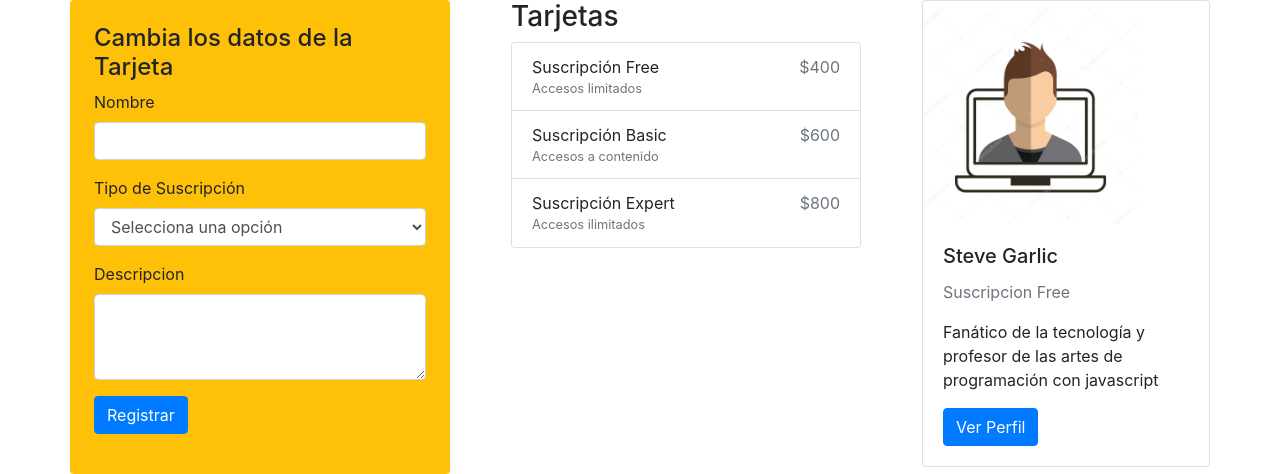
Repository: pedro-donoso/manipulacion-dom
Page: index.html
The author's editor kept a copy of each file at every save. The page is drawn from the files as they stood at one save, then again after the next save.
The browser window is 1280 px wide. The pictures show the part of the page from y = 602 to 1076 px (the page is 1076 px tall before and 1069 px after).

Above is the page before, as saved 2024-02-06 14:38:22.

### index.html
<!doctype html>
<html lang="es">

<head>
    <!-- Required meta tags -->
    <meta charset="utf-8">
    <meta name="viewport" content="width=device-width, initial-scale=1, shrink-to-fit=no">

    <!-- Bootstrap CSS -->
    <link rel="stylesheet" href="https://cdn.jsdelivr.net/npm/bootstrap@4.3.1/dist/css/bootstrap.min.css"
        integrity="sha384-ggOyR0iXCbMQv3Xipma34MD+dH/1fQ784/j6cY/iJTQUOhcWr7x9JvoRxT2MZw1T" crossorigin="anonymous">

    <title>Manipulación del DOM</title>
</head>

<body>

    <main class="container">

        <!-- 1- AGREGO CLASE container PARA MANIPULAR ESTE PÁRRAFO -->
        <div class="row mt-5 text-center justify-content-between" id="contenedor">
            <div class="col-4 col-md-4">
                <h2>Manipulación del DOM</h2>
                <p class="text-center">
                    El DOM es una API definida para representar e interactuar con cualquier documento HTML.
                    El DOM es un modelo de documento que se carga en el navegador web y que representa el documento como
                    un árbol de
                    nodos, en donde cada nodo representa una parte del documento (puede tratarse de un elemento, una
                    cadena de texto o un comentario)
                </p>
            </div>
        </div>
        <div class="row justify-content-between">
            <div class="col-4 col-md-4 bg-warning rounded p-4">
                <h4>Cambia los datos de la Tarjeta</h4>
                <!-- 15- AGREGO id PARA ESCUCHAR EVENTO CLICK -->
                <form id="formulario">
                    <!-- 21- AGREGO ID DE CADA CAMPO -->
                    <label>Nombre</label>
                    <input type="text" class="form-control mb-3" id="nombre">
                    <label>Tipo de Suscripción</label>
                    <select id="suscripcion" class="form-control mb-3">
                        <option disabled selected>Selecciona una opción</option>
                        <option value="Suscripción Free">Suscripción Free</option>
                        <option value="Suscripción Basic">Suscripcion Basic</option>
                        <option value="Suscripción Expert">Suscripcion Expert</option>
                    </select>
                    <label>Descripcion</label>
                    <textarea rows="3" class="form-control mb-3" id="descripcion"></textarea>
                    <div>
                        <button class="btn btn-primary mb-3">Registrar</button>
                    </div>
                </form>
            </div>
            <div class="col-4 col-md-4">
                <h3>Tarjetas</h3>
                <div class="card">
                    <ul class="list-group list-group-flush">
                        <li class="list-group-item d-flex justify-content-between">
                            <div class="d-flex flex-column">
                                <span>Suscripción Free</span>
                                <small class="text-muted">Accesos limitados</small>
                            </div>
                            <div>
                                <span class="text-muted">$400</span>
                            </div>
                        </li>
                        <li class="list-group-item d-flex justify-content-between">
                            <div class="d-flex flex-column">
                                <span>Suscripción Basic</span>
                                <small class="text-muted">Accesos a contenido</small>
                            </div>
                            <div>
                                <span class="text-muted">$600</span>
                            </div>
                        </li>
                        <li class="list-group-item d-flex justify-content-between">
                            <div class="d-flex flex-column">
                                <span>Suscripción Expert</span>
                                <small class="text-muted">Accesos ilimitados</small>
                            </div>
                            <div>
                                <span class="text-muted">$800</span>
                            </div>
                        </li>
                    </ul>
                </div>
            </div>

            <!-- 8- AGREGO CARD -->
            <!-- 13- AGREGO ID PARA CAPTURAR CONTENEDOR -->
            <div class="row" id="contenedor_tarjeta">

            </div>

        </div>

    </main>

    <!-- Optional JavaScript -->
    <!-- jQuery first, then Popper.js, then Bootstrap JS -->
    <script src="https://code.jquery.com/jquery-3.3.1.slim.min.js"
        integrity="sha384-q8i/X+965DzO0rT7abK41JStQIAqVgRVzpbzo5smXKp4YfRvH+8abtTE1Pi6jizo"
        crossorigin="anonymous"></script>
    <script src="https://cdn.jsdelivr.net/npm/popper.js@1.14.7/dist/umd/popper.min.js"
        integrity="sha384-UO2eT0CpHqdSJQ6hJty5KVphtPhzWj9WO1clHTMGa3JDZwrnQq4sF86dIHNDz0W1"
        crossorigin="anonymous"></script>
    <script src="https://cdn.jsdelivr.net/npm/bootstrap@4.3.1/dist/js/bootstrap.min.js"
        integrity="sha384-JjSmVgyd0p3pXB1rRibZUAYoIIy6OrQ6VrjIEaFf/nJGzIxFDsf4x0xIM+B07jRM"
        crossorigin="anonymous"></script>

    <script src="./app.js"></script>
</body>

</html>

### app.js
// 2- CREO VARIABLE PARA MANIPULAR HTML
let contenedor = document.querySelector("#contenedor");

// 3- CREAR ELEMENTO SUBTITULO Y LE AGREGO PROPIEDADES
let subtitulo = document.createElement("h4");
subtitulo.innerText = "Árbol de nodos \n (enviado desde JavaScript)";

// 4- OBTENER EL CUERPO DEL DOCUMENTO
let body = document.body;

// 5- AGREGAR EL NUEVO ELEMENTO AL CUERPO DEL DOCUMENTO
body.appendChild(subtitulo);

// 6- AGREGO IMAGEN
let imagen = document.createElement("img");
imagen.src =
  "https://www.freecodecamp.org/news/content/images/2021/09/Document.jpg";
imagen.width = "450";
imagen.height = "300";
imagen.alt = "árbol de nodos";

// 7- AGREGO ELEMENTOS AL CONTENEDOR
contenedor.append(subtitulo, imagen);

// 13- AGREGO CONSTRUCTOR
const autor = {
  nombre: "Steve Garlic",
  suscripcion: "Suscripcion Free",
  descripcion:
    "Fanático de la tecnología y profesor de las artes de programación con javascript",
  imagen: "./img/icono.jpg"
};

// 19- Agrego const crearTarjeta y agrego todas las funciones del código
const crearTarjeta = () => {
  // 25- CREO DOCUMENTO VACIO
  document.querySelector("#contenedor_tarjeta").innerHTML = "";

  // 9- CREO ESTRUCTURA DEL CODIGO
  let columnaTarjeta = document.createElement("div");
  columnaTarjeta.className = "col";

  // 10- CREO TEMPLATE STRING DEL CONTENIDO DE LA TARJETA AUTOR
  // 14- AGREGO DATOS DEL CONSTRUCTOR (13)
  // 17- CREO EVENTO onclick
  // 19- LLAMAR A eventoClick CON event
  let tarjetaAutor = ` <div class="card" style="width: 18rem;">
        <img class="card-img-top pt-2 w-75" src="${autor.imagen}" alt="Card image cap">
        <div class="card-body">
            <h5 class="card-title">${autor.nombre}</h5>
             <p class="text-muted">${autor.suscripcion}</p>
            <p class="card-text">${autor.descripcion}</p>

            <button class="btn btn-primary" onclick="eventoClick(event)">Ver Perfil</button>
        </div>
    </div>`;

  // 11- AGREGO TEMPLATE STRING A columnaTarjeta (HIJO)
  columnaTarjeta.innerHTML = tarjetaAutor;

  // 12- AGREGO columnaTarjeta AL CONTENEDOR (PADRE) MEDIANTE LA SELECCIÓN DEL ID #contenedor_tarjeta
  document.querySelector("#contenedor_tarjeta").append(columnaTarjeta);
};

// 16- Creo constante modificarAutor para agregarla al form en index.html, la función recibirá un evento
  const modificarAutor= (event) => {
    console.log(event);
    event.preventDefault();

    // 22- CAPTURO CAMPOS DEL FORMULARIO
    let nombre = document.querySelector("#nombre").value;
    let suscripcion = document.querySelector("#suscripcion").value;
     let descripcion = document.querySelector("#descripcion").value;

    // 23- LLAMO A LA CONSTANTE AUTOR
    autor.nombre = nombre;
    autor.suscripcion = suscripcion;
    autor.descripcion = descripcion;

    // 24- SE VUELVE A CREAR LA TARJETA CON LOS NUEVOS DATOS
    crearTarjeta();
  };


// 18- CAPTURO EVENTO CLIC DEL BOTON EN EL form MEDIANTE EL ID formulario
document.getElementById("formulario").addEventListener("submit",modificarAutor);

// 20- LLAMO A LA FUNCIÓN
crearTarjeta();

After the next save:
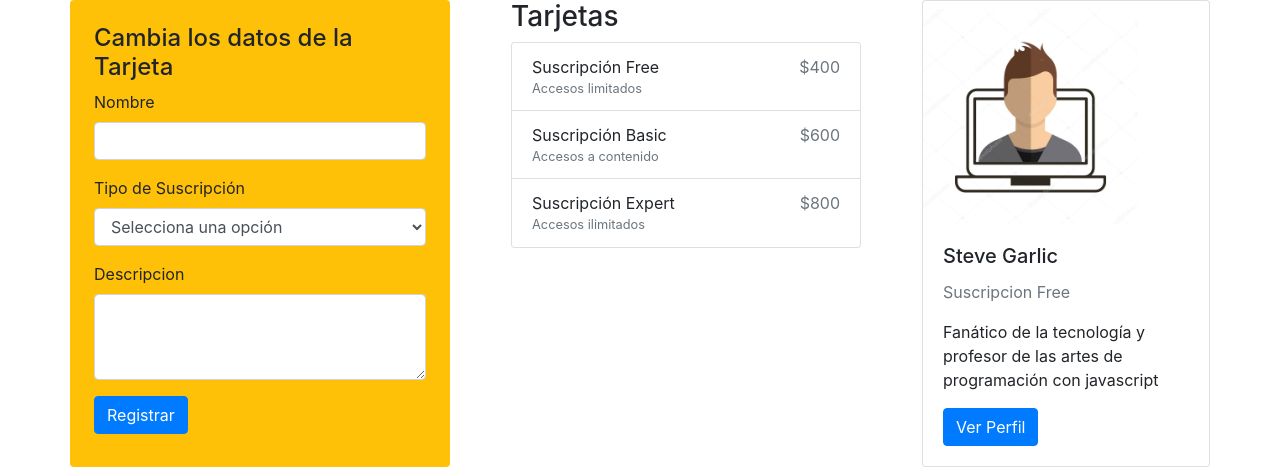
Saved 16 s later.
--- a/index.html
+++ b/index.html
@@ -48,7 +48,7 @@
                     <label>Descripcion</label>
                     <textarea rows="3" class="form-control mb-3" id="descripcion"></textarea>
                     <div>
-                        <button class="btn btn-primary mb-3">Registrar</button>
+                        <button class="btn btn-primary mb-1">Registrar</button>
                     </div>
                 </form>
             </div>

After the save that followed:
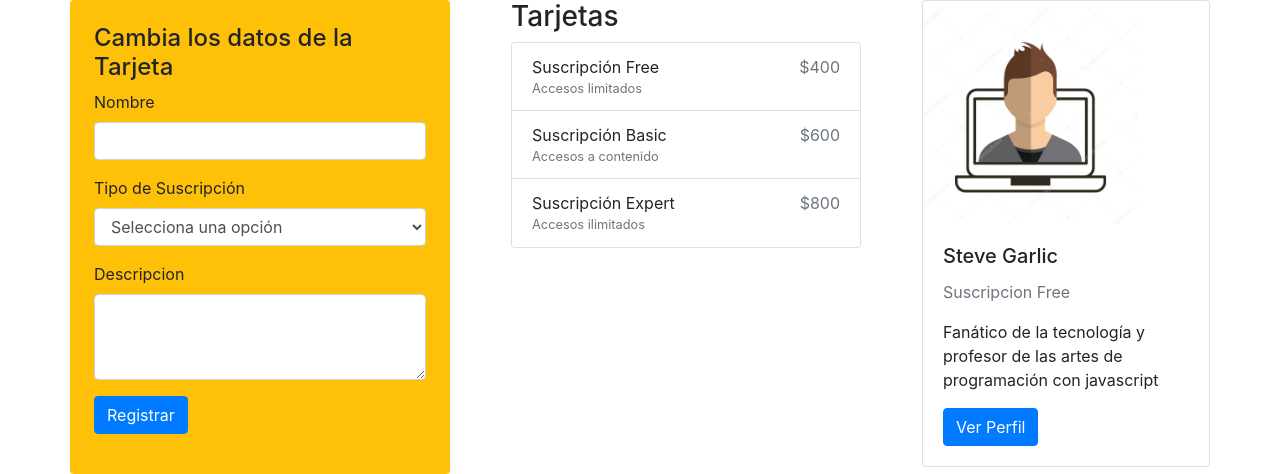
Saved 5 s later.
--- a/index.html
+++ b/index.html
@@ -48,7 +48,7 @@
                     <label>Descripcion</label>
                     <textarea rows="3" class="form-control mb-3" id="descripcion"></textarea>
                     <div>
-                        <button class="btn btn-primary mb-1">Registrar</button>
+                        <button class="btn btn-primary mb-3">Registrar</button>
                     </div>
                 </form>
             </div>
